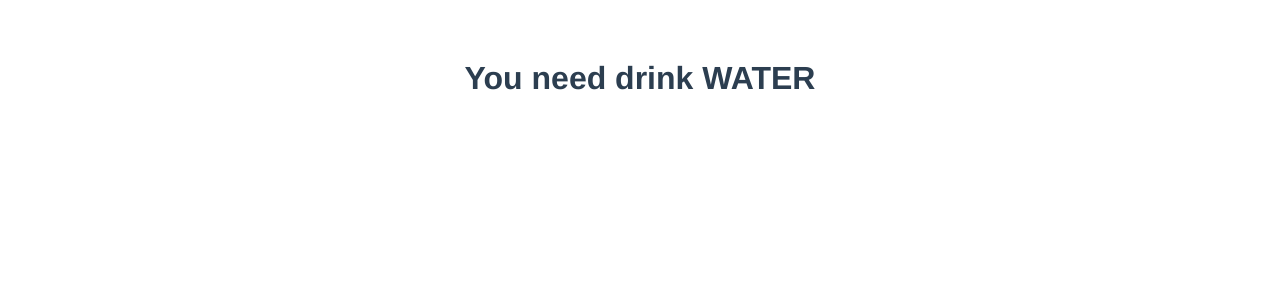
Repository: xuehebinglan/apps.xuehebinglan.com
Page: /drink-water
The author's editor kept a copy of each file at every save. The page is drawn from the files as they stood at one save, then again after the next save.
The browser window is 1280 px wide. The pictures show the whole page.
The project was rebuilt for these pictures with package versions that can differ from the ones it lists, and the page was loaded fresh each time. Also part of the build but not shown: src/components/HomePage.vue.

Above is the page before, as saved 2018-06-20 15:23:26.

### index.html
<!DOCTYPE html>
<html>
  <head>
    <meta charset="utf-8">
    <meta name="viewport" content="width=device-width,initial-scale=1.0">
    <title>apps.xuehebinglan.com</title>
  </head>
  <body>
    <div id="app"></div>
    <!-- built files will be auto injected -->
  </body>
</html>

### src/router/index.js
import Vue from 'vue'
import Router from 'vue-router'
import HomePage from '@/components/HomePage'
import DrinkWater from '@/components/DrinkWater'

Vue.use(Router)

export default new Router({
  mode: 'history',
  routes: [
    {
      path: '/',
      name: 'HomePage',
      component: HomePage
    },
    {
      path: '/drink-water',
      name: 'DrinkWater',
      component: DrinkWater
    }
  ]
})

### src/components/DrinkWater.vue
<template>
  <div class="drink-water-container">
    <h1>
      {{msg}}
    </h1>
  </div>
</template>

<script>
export default {
  name: 'DrinkWater',
  data () {
    return {
      msg: 'You need drink WATER'
    }
  }
}
</script>

<!-- Add "scoped" attribute to limit CSS to this component only -->
<style scoped>

</style>

Loaded but not shown: src/main.js (common file); src/App.vue (common file)

After the next save:
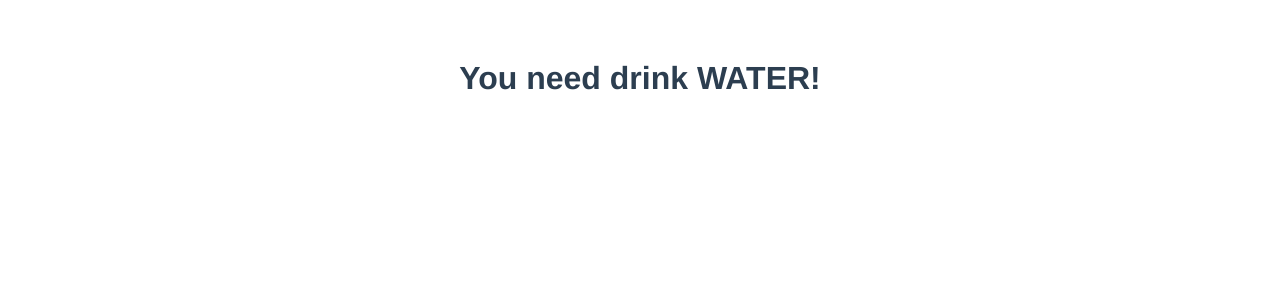
Saved 30 s later.
--- a/src/components/DrinkWater.vue
+++ b/src/components/DrinkWater.vue
@@ -1,7 +1,7 @@
 <template>
   <div class="drink-water-container">
     <h1>
-      {{msg}}
+      {{title}}
     </h1>
   </div>
 </template>
@@ -11,7 +11,7 @@ export default {
   name: 'DrinkWater',
   data () {
     return {
-      msg: 'You need drink WATER'
+      title: 'You need drink WATER!'
     }
   }
 }
